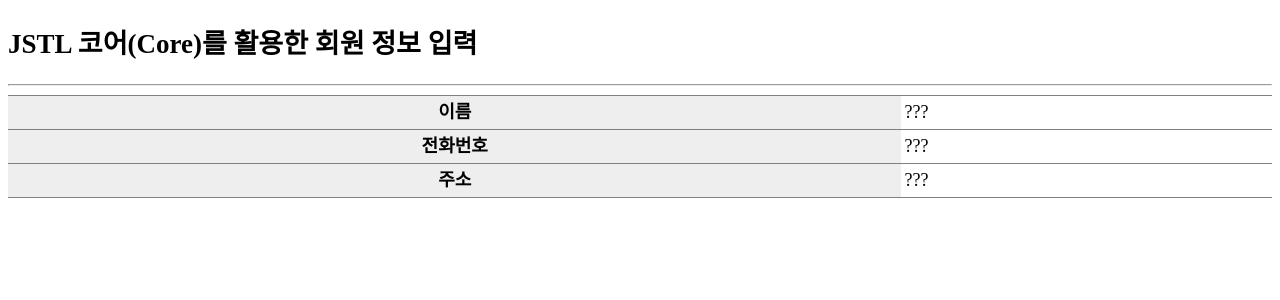
Repository: onpul/Web
Page: http://localhost/WebApp22/MemberInsertForm.jsp
These files come from the project's save history. The page is drawn as it stood at one moment and after the next save; the edit follows.
The browser window is 1280 px wide. The pictures show the whole page.
The page is served by Tomcat 9.

Above is the page before, as saved 2022-04-29 08:28:12.

After the next save:
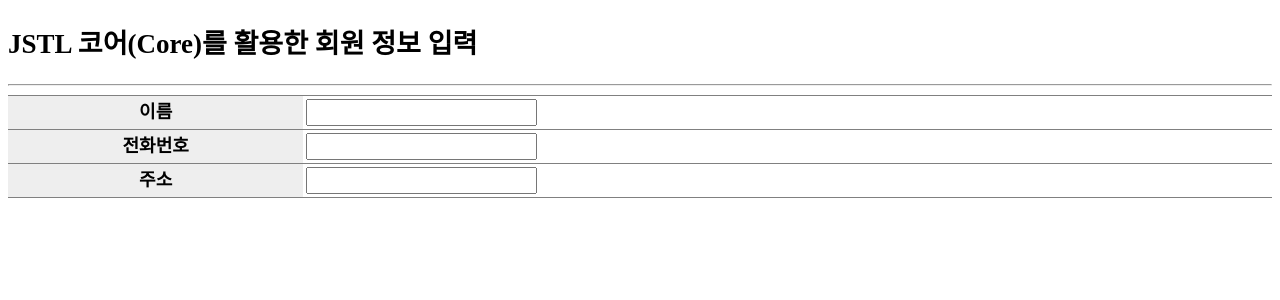
Saved 72 s later.
--- a/WebApp22/WebContent/MemberInsertForm.jsp
+++ b/WebApp22/WebContent/MemberInsertForm.jsp
@@ -26,19 +26,19 @@
 			<tr>
 				<th>이름</th>
 				<td>
-					???
+					<input type="text" name="name"/>
 				</td>
 			</tr>
 			<tr>
 				<th>전화번호</th>
 				<td>
-					???
+					<input type="text" name="tel"/>
 				</td>
 			</tr>
 			<tr>
 				<th>주소</th>
 				<td>
-					???
+					<input type="text" name="addr"/>
 				</td>
 			</tr>
 		</table>
